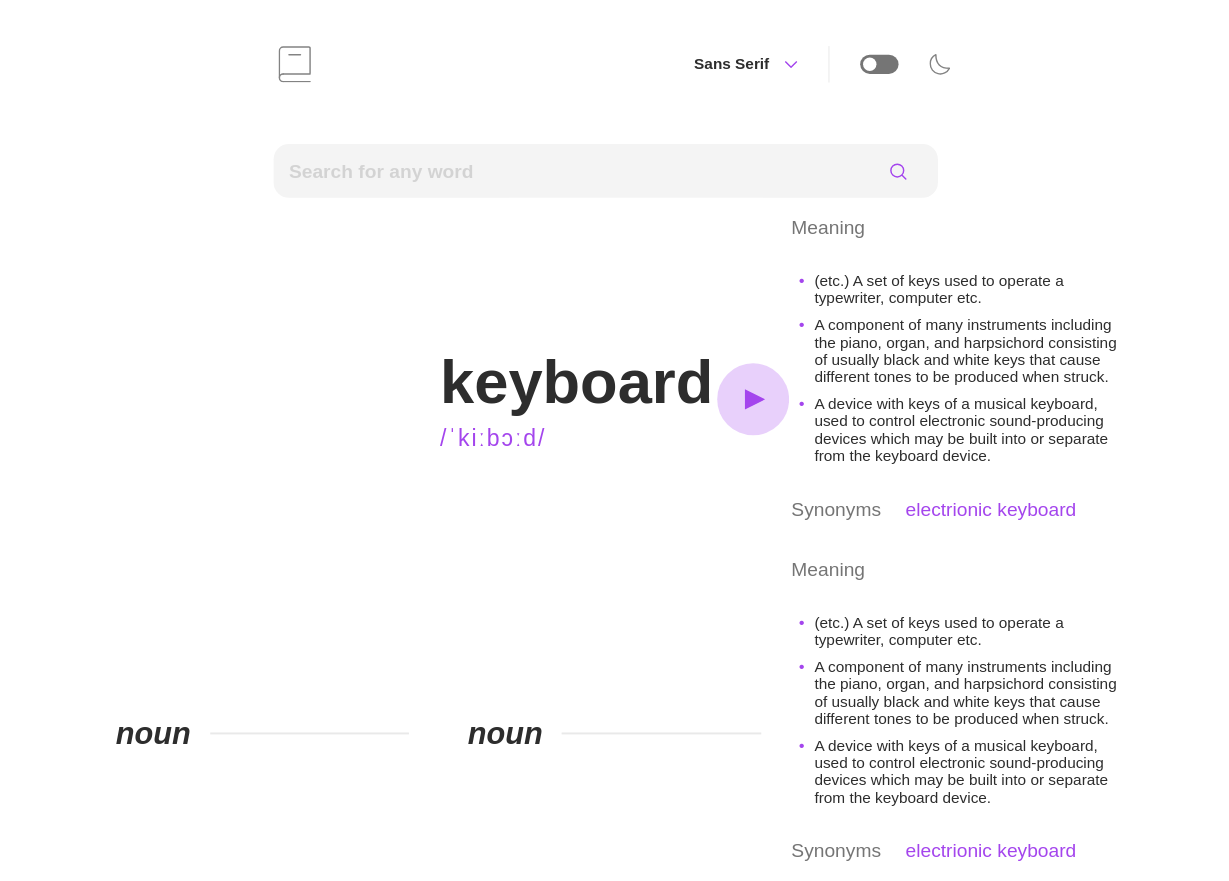
Repository: Arkitecth/dictionary-app
Page: index.html
An editor plug-in stored every save of this project. The page is shown before and after the next save, followed by the edit.
The browser window is 1280 px wide. The pictures show the whole page, at 96% of full size.

Above is the page before, as saved 2023-07-20 16:40:16.

### index.html
<!DOCTYPE html>
<html lang="en">
<head>
  <meta charset="UTF-8">
  <meta name="viewport" content="width=device-width, initial-scale=1.0">
  <link rel="stylesheet" href="styles.css">
  <title>Dictionary</title>
</head>
<body>

  <!-- Navigation -->
  <nav>
    <img src="assets/images/logo.svg" alt="logo">

    <div class="right">
      <div class="fonts">
        <p>Sans Serif</p>
        <img src="assets/images/icon-arrow-down.svg" alt="icon-arrow-down">
      </div>

      <div class="ruler"></div>

      <div class="togglers">
        <!-- Rounded switch -->
        <label class="switch">
          <input type="checkbox">
          <span class="slider round"></span>
        </label>
        <img src="assets/images/icon-moon.svg" alt="moon-icon">
      </div>
    </div>
  </nav>


  <!-- Search Bar -->
  <section class="search">
    <label for="search-bar"></label>
    <input type="text" name="search-bar" id="search-bar" placeholder="Search for any word">
    <img src="assets/images/icon-search.svg" alt="search-icon" class="search-icon">
  </section>


  <main>
    <section class="word-view">
      <div class="word-group">
        <h1>keyboard</h1>
        <p>/ˈkiːbɔːd/</p>
      </div>
      <img class="icon-play" src="assets/images/icon-play.svg" alt="icon-play">
    </section>

    <div class="speech-part-group">
      <p class="speech-part">noun</p>
      <div class="grey-rule"></div>
    </div>

    <section class="description">
      <p>Meaning</p>
      <ul>
        <li>(etc.) A set of keys used to operate a typewriter, computer etc.</li>
        <li>A component of many instruments including the piano, organ, and harpsichord consisting of usually black and white keys that cause different tones to be produced when struck.</li>
        <li>A device with keys of a musical keyboard, used to control electronic sound-producing devices which may be built into or separate from the keyboard device.</li>
      </ul>
      <p class="synonymn">Synonyms <span>electrionic keyboard</span></p>

    </section>

    <div class="speech-part-group">
      <p class="speech-part">noun</p>
      <div class="grey-rule"></div>
    </div>

    <section class="description">
      <p>Meaning</p>
      <ul>
        <li>(etc.) A set of keys used to operate a typewriter, computer etc.</li>
        <li>A component of many instruments including the piano, organ, and harpsichord consisting of usually black and white keys that cause different tones to be produced when struck.</li>
        <li>A device with keys of a musical keyboard, used to control electronic sound-producing devices which may be built into or separate from the keyboard device.</li>
      </ul>
      <p class="synonymn">Synonyms <span>electrionic keyboard</span></p>

    </section>





  </main>

</body>
</html>

### styles.css
:root {
    --dark-grey: #757575;
    --purple:#a445ed;
    --light-grey:#f4f4f4;
    --dark-three:#2d2d2d;
    --lighter-grey:#e9e9e9;
}


* {
    margin: 0;
    padding: 0;
}



/* Main Styling */
body {
    max-width: 1100px;
    margin: 0 auto;
    font-family: sans-serif;
    color: var(--dark-three);
}


/* Light Styling */

/* Nav Styling */
nav {
    display: flex;
    justify-content: space-around;
    margin-top: 3rem;
}

.right {
    display: flex;
    gap: 2rem;
}

.fonts {
    display: flex;
    gap: 1rem;
    align-items: center;
    font-weight: 600;
}

.ruler {
    width: 1px;
    background-color: #e9e9e9;
}

.togglers {
    display: flex;
    gap: 2rem;
    align-items: center;
}



/* The switch - the box around the slider */
.switch {
  position: relative;
  display: inline-block;
  width: 40px;
  height: 20px;
}

/* Hide default HTML checkbox */
.switch input {
  opacity: 0;
  width: 0;
  height: 0;
}

/* The slider */
.slider {
  position: absolute;
  cursor: pointer;
  top: 0;
  left: 0;
  right: 0;
  bottom: 0;
  background-color: var(--dark-grey);
  -webkit-transition: .4s;
  transition: .4s;
}

.slider:before {
  position: absolute;
  content: "";
  height: 14px;
  width: 14px;
  left: 3px;
  bottom: 3px;
  background-color: white;
  -webkit-transition: .4s;
  transition: .4s;
}

input:checked + .slider {
  background-color: var(--purple)
}

input:focus + .slider {
  box-shadow: 0 0 1px var(--purple)
}

input:checked + .slider:before {
  -webkit-transform: translateX(20px);
  -ms-transform: translateX(20px);
  transform: translateX(20px);
}

/* Rounded sliders */
.slider.round {
  border-radius: 34px;
}

.slider.round:before {
  border-radius: 50%;
}



/* Search */

.search {
    text-align: center;
    margin-top: 4rem;
    display: flex;
    justify-content: center;
}

input[type="text"] {
    width:60%;
    height: 1.5rem;
    padding: 1rem;
    border-radius: 16px;
    border: none;
    background-color: var(--light-grey);
    outline: none;
    font-size: 20px;
    font-weight: 700;

}

input[type="text"]:active,
input[type="text"]:focus {
    border: 1px solid var(--purple);
}


input[type="text"]::placeholder {
    opacity: 0.25;
}

.search-icon {
    transform: translate(-50px,1px);
    text-align: center;
}



/* Word View */

main {
    display: grid;
    grid-template-rows: repeat(5, auto);
    grid-template-columns: 1fr 1fr 1fr;
    align-items: center;
}


.word-view {
    text-align: center;
    margin-top: 4rem;
    display: flex;
    justify-content: space-around;
    grid-column: 2;
}
.word-group h1 {
    font-size: 4rem;
    gap: 30px;
}

.word-group p {
    text-align: left;
    font-size: 1.5rem;
    color: var(--purple);
    font-weight: 400;
    padding-top: 0.5rem;
    letter-spacing: 2px;
}


/* Speech Part(noun, pronoun, verb) */
.speech-part-group {
    display: flex;
    justify-content: center;
    align-items: center;
    gap: 20px;
    margin-top: 3rem;
    grid-row: 2;
}
.speech-part {
    text-align: left;
    font-size: 2rem;
    font-weight: 700;
    font-style: italic;
}
.grey-rule {
    border: 1px solid var(--lighter-grey);
    height: 0;
    width: 56%;
}

/* Description */
.description {
    /* width: fit-content;
    margin: 0 auto;
    margin-top: 2rem; */
    /* width: 64%; */
    margin: 0 auto;


}
.description p {
    color: var(--dark-grey);
    text-align: left;
    font-size: 1.25rem;
    padding: 20px 1px;
}
ul {
    text-align: left;
    padding: 10px 20px;
    list-style: none;
}
ul li::before {
    content: "\2022";
    width: 1rem;
    font-weight: bold;
    display: inline-block;
    margin-left: -1em;
    color: var(--purple);
}
ul li{
    padding: 5px;
    color: var(--dark-three);
}
.synonymn span {
    color: var(--purple);
    padding: 0 20px;
}


/* Mobile Styels */

@media screen and (max-width:375px) {

    input[type="text"] {
        width: 327px;
    }
    .search {
        margin-left: 10px;
    }

    .word-group h1 {
        font-size: 32px;
    }

    .icon-play {
        width: 48px;
    }

    .description {
        width: 275px;
    }

    .speech-part {
        font-size: 18px;
    }

    .description p {
        font-size: 16px;
    }
}

After the next save:
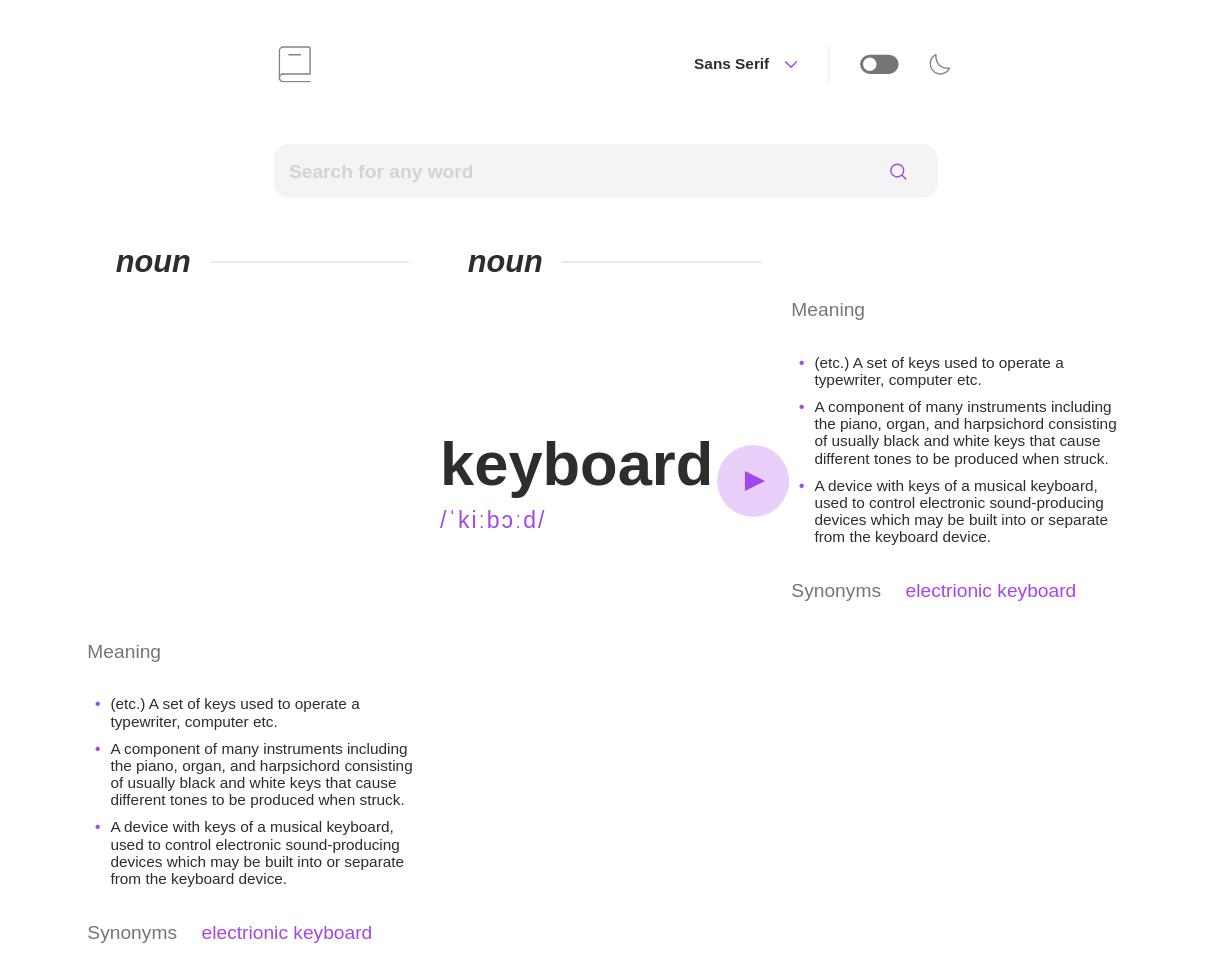
Saved 19 s later.
--- a/styles.css
+++ b/styles.css
@@ -200,7 +200,7 @@
     align-items: center;
     gap: 20px;
     margin-top: 3rem;
-    grid-row: 2;
+    grid-row: 1;
 }
 .speech-part {
     text-align: left;
